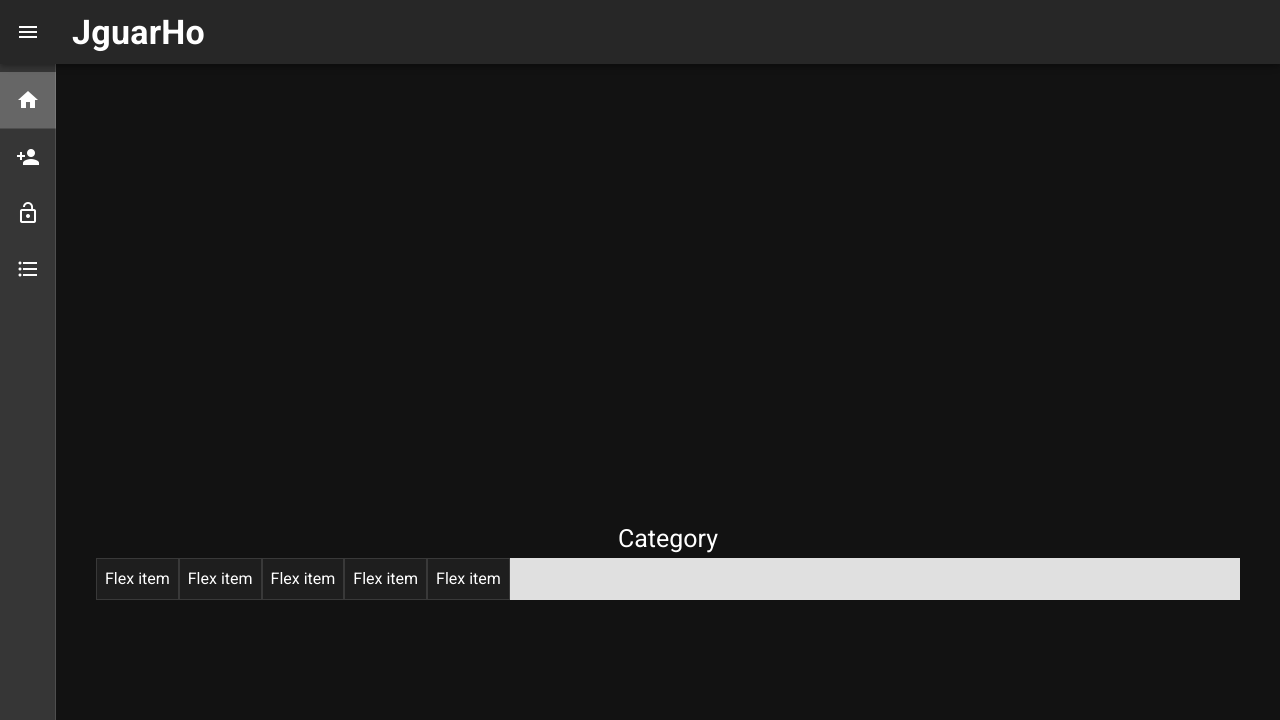
Repository: agent501/MRMS
Page: /
These files come from the project's save history. The page is drawn as it stood at one moment and after the next save; the edit follows.
The browser window is 1280 px wide. The pictures show the whole page.
The page's requests for data from a server got no answer. The project was rebuilt for these pictures with package versions that can differ from the ones it lists, and the page was loaded fresh each time. No one was signed in, and anything a server would have sent is missing. Also part of the build but not shown: vue.config.js, src/components/Product/products.vue, src/components/Product/product.vue, src/components/Product/createproduct.vue, src/components/User/signin.vue, src/components/User/signup.vue, src/components/User/profile.vue, src/components/Shared/Alert.vue and 2 more. Imported but missing from the stored project, and not drawn on this page: src/router/auth-guard.js.

Above is the page before, as saved 2020-08-05 11:14:29.

After the next save:
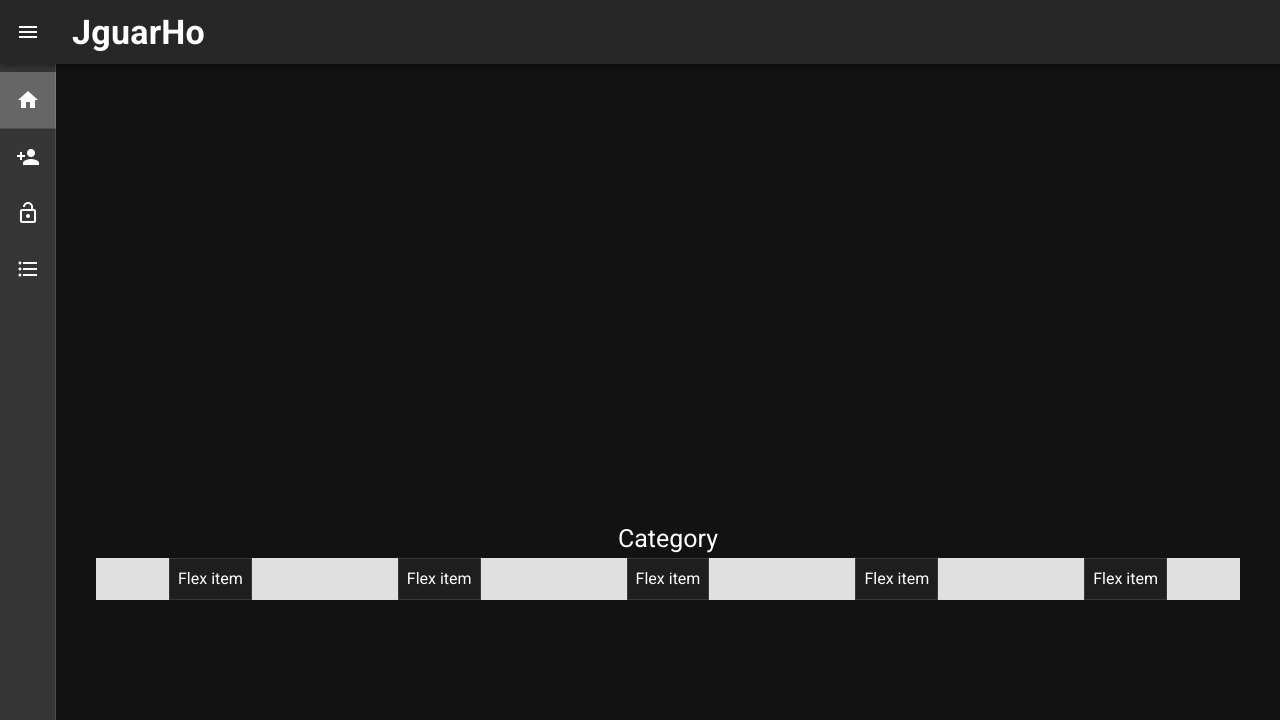
Saved 2 min 41 s later.
--- a/src/components/Home.vue
+++ b/src/components/Home.vue
@@ -37,7 +37,14 @@
       <div class="mt-10 text-center" style="font-size:25px">Category</div>
       <div>
         <v-card class="d-flex flex-wrap" color="grey lighten-2" flat tile>
-          <v-card v-for="n in 5" :key="n" class="pa-2" outlined tile>Flex item</v-card>
+          <v-card
+            v-for="n in 5"
+            :key="n"
+            class="pa-2 mx-auto"
+            max-width="200"
+            outlined
+            tile
+          >Flex item</v-card>
         </v-card>
       </div>
     </div>

After the 3 saves that followed:
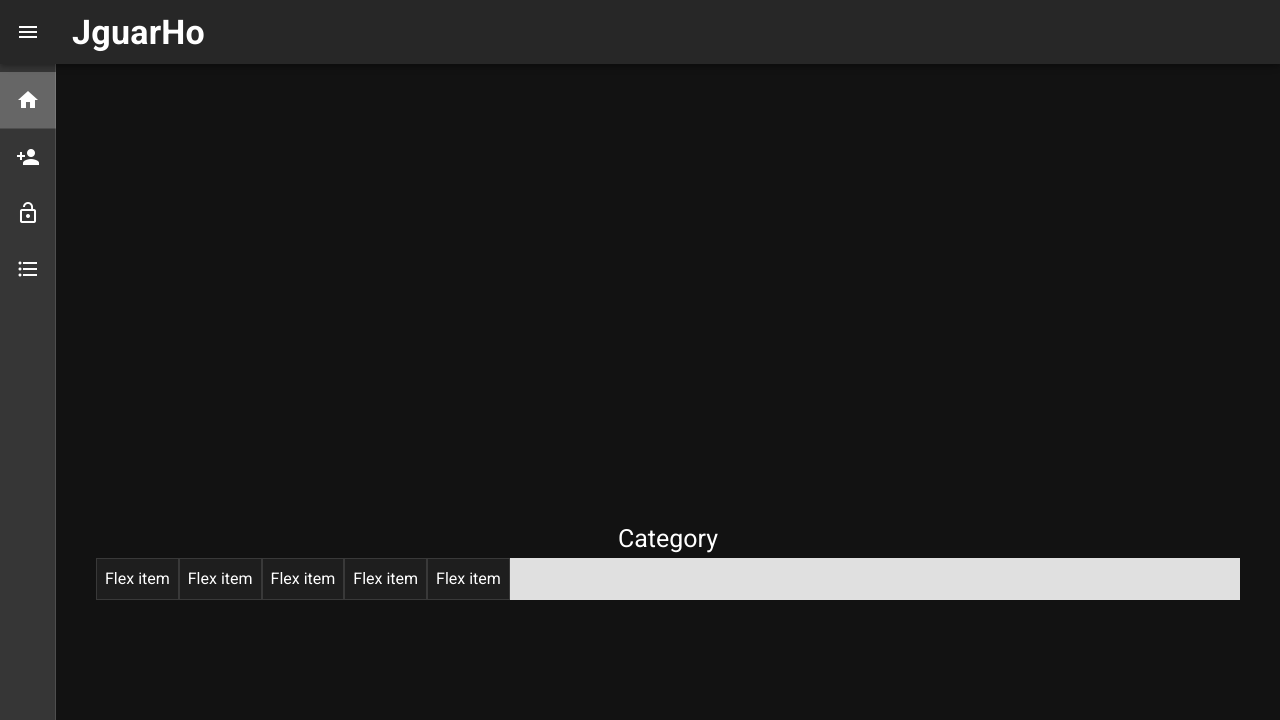
The 3 saves are shown as one change because 2 left the picture as it was.
The last was saved 20 s later.
--- a/src/components/Home.vue
+++ b/src/components/Home.vue
@@ -37,14 +37,7 @@
       <div class="mt-10 text-center" style="font-size:25px">Category</div>
       <div>
         <v-card class="d-flex flex-wrap" color="grey lighten-2" flat tile>
-          <v-card
-            v-for="n in 5"
-            :key="n"
-            class="pa-2 mx-auto"
-            max-width="200"
-            outlined
-            tile
-          >Flex item</v-card>
+          <v-card v-for="n in 5" :key="n" class="pa-2" max-width="800" outlined tile>Flex item</v-card>
         </v-card>
       </div>
     </div>
